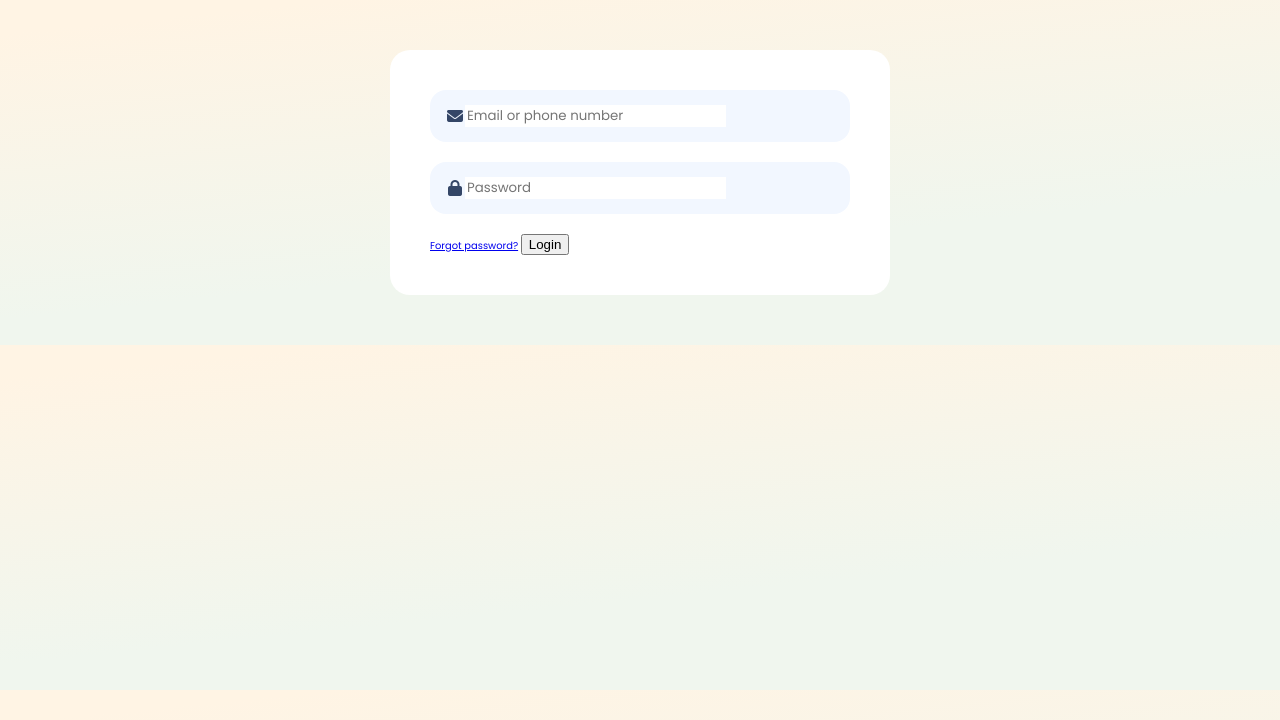
Repository: VuTuanAnh0949/loginForm
Page: index.html
An editor plug-in stored every save of this project. The page is shown before and after the next save, followed by the edit.
The browser window is 1280 px wide. The pictures show the whole page.

Above is the page before, as saved 2022-04-15 20:47:46.

After the next save:
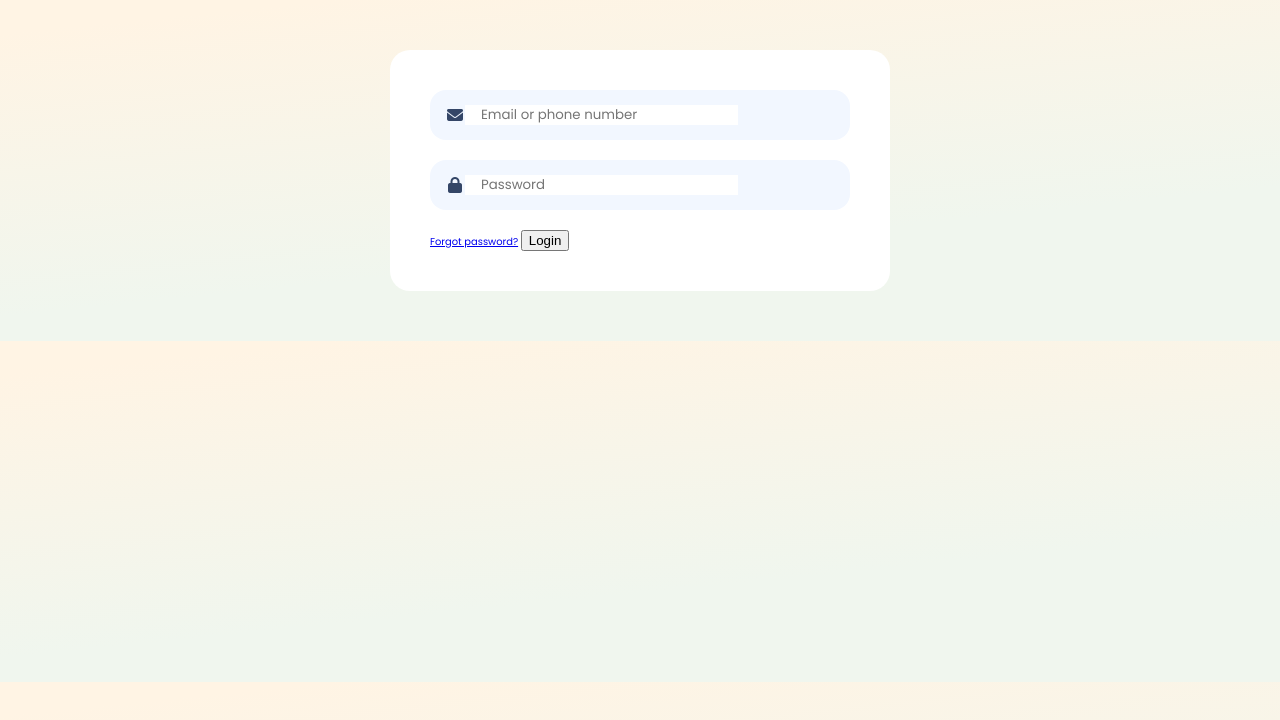
Saved 22 s later.
--- a/style.css
+++ b/style.css
@@ -33,4 +33,5 @@ border-radius: 20px;
 .login-input{
   font-family: "Poppins", sans-serif;
   border: 0;
+  padding: 0 0 0 16px;
 }
